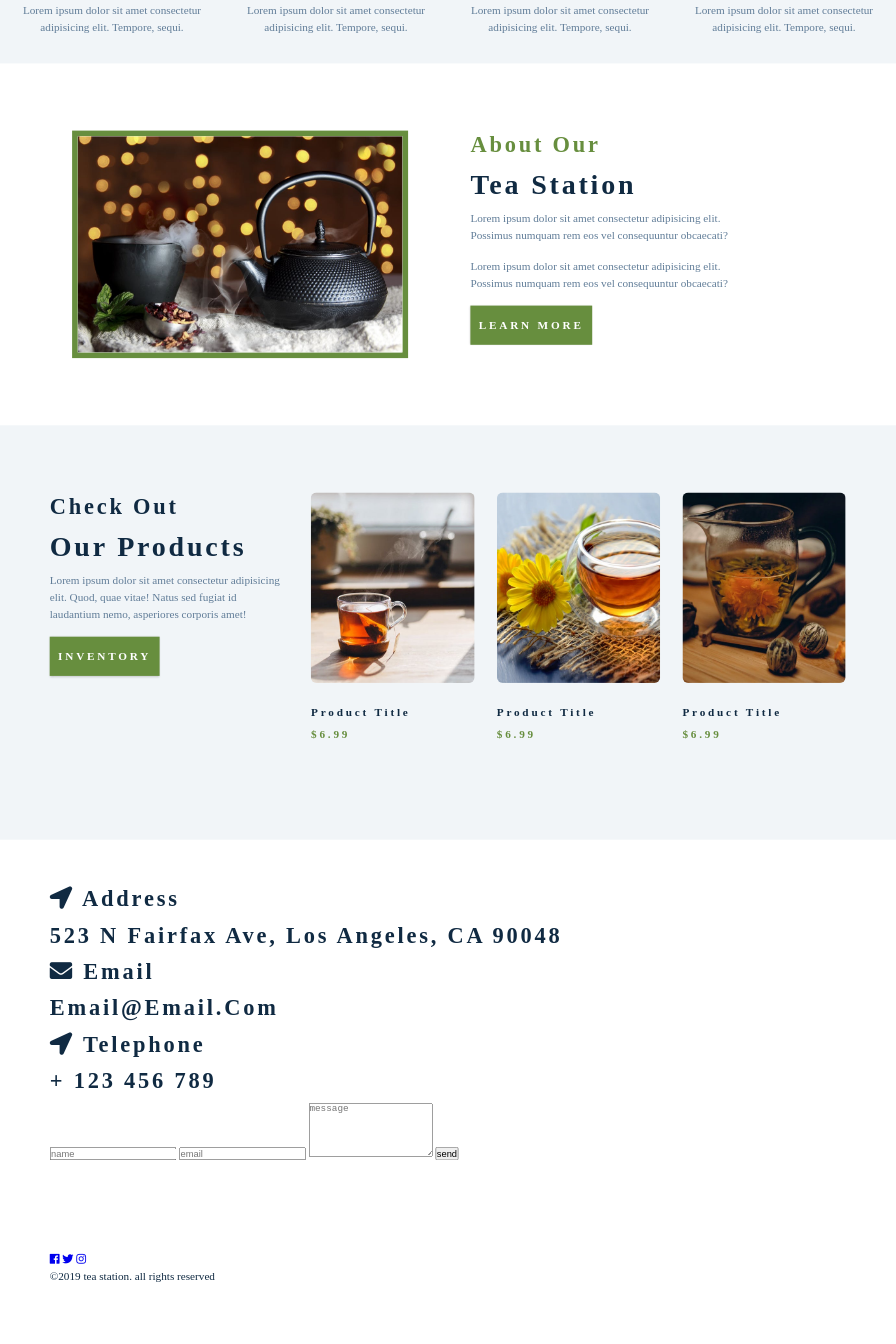
Repository: Ndifoinhilary/building_tea_site
Page: index.html
The author's editor kept a copy of each file at every save. The page is drawn from the files as they stood at one save, then again after the next save.
The browser window is 1280 px wide. The pictures show the part of the page from y = 1021 to 2941 px (the page is 2941 px tall before and 2909 px after), at 70% of full size.
Backgrounds fixed to the window are drawn as part of the page. Some web fonts or font styles are not loaded; a fallback is used.

Above is the page before, as saved 2024-01-06 13:21:22.

### index.html
<!DOCTYPE html>
<html lang="en">

<head>
  <meta charset="UTF-8" />
  <meta name="viewport" content="width=device-width, initial-scale=1.0" />
  <meta http-equiv="X-UA-Compatible" content="ie=edge" />
  <title>Tea Station || Home</title>
  <!-- font-awesome -->
  <link rel="stylesheet" href="./fontawesome-free-5.7.2-web/css/all.css" />
  <!-- custom css -->
  <link rel="stylesheet" href="./css/styles.css" />
</head>

<body>
  <!-- nav button -->
  <span class="nav-btn" id="nav-btn">
    <i class="fas fa-bars"></i>
  </span>
  <!-- nav -->
  <nav class="navbar" id="navbar">
    <div class="navbar-header">
      <span class="nav-close" id="nav-close">
        <i class="fas fa-times"></i>
      </span>
    </div>
    <ul class="nav-items">
      <li><a href="index.html" class="nav-link">home</a></li>
      <li><a href="skills.html" class="nav-link">skills</a></li>
      <li><a href="about.html" class="nav-link">about</a></li>
      <li><a href="products.html" class="nav-link">products</a></li>
    </ul>
  </nav>
  <!-- header -->
  <header class="header">
    <div class="banner">
      <h2 class="banner-subtitle">Over one hunred flavors of tea</h2>
      <h1 class="banner-title">specially crafted tea</h1>
      <a href="skills.html" class=" btn banner-btn">explore</a>
    </div>
  </header>

  <div class="content-divider"></div>





  <!-- skills section -->
  <section class="skills clearfix">
    <!-- single skill -->
    <article class="skill">
      <span class="skill-icon">
        <i class="fas fa-mug-hot"></i>
      </span>
      <h4 class="skill-title">made in US</h4>
      <!-- ten words -->
      <p class="skill-text">
        Lorem ipsum dolor sit amet consectetur adipisicing elit. Tempore,
        sequi.
      </p>
    </article>
    <!-- end of single skill -->
    <!-- single skill -->
    <article class="skill">
      <span class="skill-icon">
        <i class="fas fa-glass-cheers"></i>
      </span>
      <h4 class="skill-title">relaxation</h4>
      <!-- ten words -->
      <p class="skill-text">
        Lorem ipsum dolor sit amet consectetur adipisicing elit. Tempore,
        sequi.
      </p>
    </article>
    <!-- end of single skill -->
    <!-- single skill -->
    <article class="skill">
      <span class="skill-icon">
        <i class="fas fa-bomb"></i>
      </span>
      <h4 class="skill-title">energy</h4>
      <!-- ten words -->
      <p class="skill-text">
        Lorem ipsum dolor sit amet consectetur adipisicing elit. Tempore,
        sequi.
      </p>
    </article>
    <!-- end of single skill -->
    <!-- single skill -->
    <article class="skill">
      <span class="skill-icon">
        <i class="fas fa-mortar-pestle"></i>
      </span>
      <h4 class="skill-title">family recipe</h4>
      <!-- ten words -->
      <p class="skill-text">
        Lorem ipsum dolor sit amet consectetur adipisicing elit. Tempore,
        sequi.
      </p>
    </article>
    <!-- end of single skill -->
  </section>
  <!--end of skills section -->




  <!-- about -->
  <section class="about">

    <div class="section-center clearfix">

      <article class="about-img">
        <div class="about-picture-container">
          <img src="./images/about-bcg.jpeg" alt="tea kettle" class="about-picture" />
        </div>
      </article>

      <article class="about-info">
        <!-- section title -->
        <div class="section-title">
          <h3 class="section-subtitle">about our</h3>
          <h2 class="section-title">tea station</h2>
        </div>
        <!-- section title -->
        <p class="about-text">
          Lorem ipsum dolor sit amet consectetur adipisicing elit. Possimus
          numquam rem eos vel consequuntur obcaecati?
        </p>
        <p class="about-text">
          Lorem ipsum dolor sit amet consectetur adipisicing elit. Possimus
          numquam rem eos vel consequuntur obcaecati?
        </p>
        <a href="about.html" class="btn">learn more</a>
      </article>
    </div>
  </section>
  <!-- end of about -->





  <!-- products -->
  <section class="products">
    <div class="section-center clearfix">
      <!-- products info  -->
      <article class="products-info">
        <!-- title -->
        <div>
          <h3 class="section-subtitle">check out</h3>
          <h2 class="section-title text-white">our products</h2>
        </div>
        <!-- end of title -->
        <p class="product-text">
          Lorem ipsum dolor sit amet consectetur adipisicing elit. Quod, quae
          vitae! Natus sed fugiat id laudantium nemo, asperiores corporis
          amet!
        </p>
        <a href="products.html" class="btn">inventory</a>
      </article>
      <!-- end of products info -->

      <!-- products inventory -->
      <article class="products-inventory clearfix">
        <!-- single product -->
        <div class="product">
          <img src="./images/product-1.jpeg" alt="single product" class="product-img" />
          <h4 class="product-title">product title</h4>
          <h4 class="product-price">$6.99</h4>
        </div>
        <!--end of single product -->
        <!-- single product -->
        <div class="product">
          <img src="./images/product-2.jpeg" alt="single product" class="product-img" />
          <h4 class="product-title">product title</h4>
          <h4 class="product-price">$6.99</h4>
        </div>
        <!--end of single product -->
        <!-- single product -->
        <div class="product">
          <img src="./images/product-3.jpeg" alt="single product" class="product-img" />
          <h4 class="product-title">product title</h4>
          <h4 class="product-price">$6.99</h4>
        </div>
        <!--end of single product -->
      </article>
      <!--end of  products inventory -->
    </div>
  </section>


  <!-- end of  products -->




  <!-- contact -->
  <section class="contact">
    <div class="section-center clearfix">
      <!-- contact info -->
      <article class="contact-info">
        <!-- contact item -->
        <div class="contact-item">
          <!-- contact text -->
          <h3 class="contact-title">
            <span class="contact-icon">
              <i class="fas fa-location-arrow"></i> </span>address
          </h3>
          <h3 class="contact-text">
            523 N Fairfax Ave, Los Angeles, CA 90048
          </h3>
        </div>
        <!-- end of contact item -->
        <!-- contact item -->
        <div class="contact-item">
          <!-- contact text -->
          <h3 class="contact-title">
            <span class="contact-icon"> <i class="fas fa-envelope"></i> </span>email
          </h3>
          <h3 class="contact-text">email@email.com</h3>
        </div>
        <!-- end of contact item -->

        <!-- contact item -->
        <div class="contact-item">
          <!-- contact text -->
          <h3 class="contact-title">
            <span class="contact-icon">
              <i class="fas fa-location-arrow"></i> </span>telephone
          </h3>
          <h3 class="contact-text">+ 123 456 789</h3>
        </div>
        <!-- end of contact item -->
      </article>
      <article class="contact-form">
        <form action="https://formspree.io/learncodetutorial@gmail.com" method="POST" class="form-group">
          <input type="text" name="name" placeholder="name" class="form-control" />
          <input type="email" name="email" placeholder="email" class="form-control" />
          <textarea name="message" placeholder="message" class="form-control" rows="5"></textarea>
          <button class="main-btn">send</button>
        </form>
      </article>
      <!-- end of contact info -->
    </div>
  </section>




  <!-- end o fcontact -->
  <footer class="footer">
    <div class="section-center">
      <div class="social-icons">
        <!-- social icon -->
        <a href="#" class="social-icon">
          <i class="fab fa-facebook"></i>
        </a>
        <!-- end of social icon -->
        <!-- social icon -->
        <a href="#" class="social-icon">
          <i class="fab fa-twitter"></i>
        </a>
        <!-- end of social icon -->
        <!-- social icon -->
        <a href="#" class="social-icon">
          <i class="fab fa-instagram"></i>
        </a>
        <!-- end of social icon -->
      </div>
      <p class="footer-text">
        &copy;2019 <span class="text-primary">tea station</span>. all rights
        reserved
      </p>
    </div>
  </footer>



  <script src="app.js"></script>
</body>

</html>

### css/styles.css
@import url("https://fonts.googleapis.com/css?family=Catamaran:400,700|Grand+Hotel");

* {
  margin: 0;
  padding: 0;
  box-sizing: border-box;
}

/*================
Global variables
===================
*/

:root{
  --clr-primary:#678e3e;
  --clr-primary-light:#beed8c;
  --clr-grey-1:#102a42;
  --clr-grey-5:#617d98;
  --clr-grey-10:#f1f5f8;
  --clr-white:#fff;
  --ff-primary:"Catamaran",sans-serif;
  --ff-secondary:"Grand Hotel", cursive;
  --transition: all 0.3s linear ;
  --spacing:0.25rem;
  --radius:0.5rem;
}


body{
  font-family: var(--clr-primary);
  background: var(--clr-white);
  color: var(--clr-grey-1);
  line-height: 1.5;
  font-size: 0.875rem;
}

a{
  text-decoration: none;
}

img{
  width: 100%;
  display: block;
}
h1,h2,h3,h4{
  letter-spacing: var(--spacing);
  text-transform: capitalize;
  line-height: 1.25;
  margin-bottom: 0.75rem;
}

h1{
  font-size: 3rem;
}
h2{
  font-size: 2rem;
}
h3{
  font-size: 1.5rem;
}
h4{
  font-size: 0.875rem;
}

p{
  margin-bottom: 1.25rem;
}
@media screen and (min-width:800px) {
  h1{
    font-size: 4rem;
  }
  h2{
    font-size: 2.5rem;
  }
  h3{
    font-size: 2rem;
  }
  h4{
    font-size: 1rem;
  }
  body{
    font-size: 1rem;
  }
  h1,h2,h3,h4{
    line-height: 1.25;

  }
}
/*
more css
 */

 .btn{
  text-transform: uppercase;
  background: var(--clr-primary);
  color: var(--clr-white);
  padding: 1rem 0.75rem;
  letter-spacing: var(--spacing);
  display: inline-block;
  font-weight:700 ;
  transition: var(--transition);
  font-size: 1rem;
  border: none;
  cursor: pointer;
  box-shadow: 0 1px 3px rgba(0, 0, 0,0.2);
 }
.btn:hover {
  color: var(--ff-primary);
  background: var(--clr-primary-light);
}
.clearfix::after , .clearfix::before{
  content: "";
  clear: both;
  display: table;
}
.section-title h3{
font-family: var(--ff-secondary);
color: var(--clr-primary);
}
section-title{
  margin-bottom: 2rem;
}
.section-center{
  padding: 4rem 0;
  width: 85vw;
  margin: 0 auto;
  max-width: 1170px;
}
@media screen and (min-width:992px) {
  .section-center{
    width: 95vw;
    padding: 4rem 1rem;
  }
}
 /*
 header
  */

  .header{
    min-height: 100vh;
    background: linear-gradient(rgba(0, 0, 0,0.6),rgba(0, 0, 0,0.6)) ,url("/images/main-bcg.jpeg") center/cover no-repeat fixed;
    position: relative;
    /* animation */
    overflow-x: hidden;

  }

  .banner{
    text-align: center;
    position: absolute;
    top: 50%;
    left: 50%;
    transform: translate(-50%,-50%);
  }

  .banner h2{
    font-family: var(--ff-secondary);
    color: var(--clr-primary);
    /* animation */
  }

  .banner h1{
    text-transform: uppercase;
    color: var(--clr-white);
    margin-top: 1.25rem;
    margin-bottom: 2rem;
  }

.banner-btn{
  outline: 0.125rem solid var(--clr-primary);
  outline-offset: 0.25rem;
  font-size: 1.25rem;
  padding:1rem 1.75rem ;
}

.content-divider{
height: 0.5rem;
background: linear-gradient(to left, var(--clr-primary), #e9b949, var(--clr-primary));
}

/*
skills section
 */

 .skills{
  background: var(--clr-grey-10);

 }

 .skill{
  text-align: center;
  padding: 2.5rem 0;
  transition: var(--transition);

 }

 .skill-icon{
  font-size: 2.5rem;
  margin-bottom: 1.25rem;
  transition: var(--transition);
  display: inline-block;
  color: var(--clr-primary);

 }
 .skill-text{
  color: var(--clr-grey-5);
  max-width: 17rem;
  margin: 0 auto;
 }
 .skill:hover {
  background: var(--clr-white);
  box-shadow: 0  2px var(--clr-primary);
 }

 .skill:hover .skill-icon{
  transform: translateY(-5px);
 }
 @media screen and (min-width:576px) {
  .skill{
    float: left;
    width: 50%;
  }
 }

 @media screen and (min-width:1200px) {
  .skill{

    width: 25%;
  }
 }

 /*
 About css
  */
.about-img, .about-info{
  padding: 2rem;
}

.about-picture-container{
  color: var(--clr-primary);
  border: 0.5rem solid var(--clr-primary);
  max-width: 30rem;
  overflow: hidden;

}

.about-picture{
  transition: var(--transition);
}

.about-picture-container:hover .about-picture{
opacity: 0.5;
transform: scale(1.2)
}


.about-text{
  max-width: 26rem;
  color: var(--clr-grey-5);
}


@media screen and (min-width:992px) {
  .about-info, .about-img{
    float: left;
    width: 50%;
  }
  .about-info{
    padding-left:2rem ;
  }
}
/*
product section
 */


 .product{
  margin-bottom: 2rem;
 }

.products{
  background: var(--clr-grey-10);

}

.products article{
  padding: 2rem 0;
}
.product-text{
  color: var(--clr-grey-5);
  max-width: 26rem;
}

.product-img{
  border-radius: var(--radius);
  margin-bottom: 2rem;
  height: 17rem;
  object-fit: cover;
}

.product-price{
  color: var(--clr-primary);
}

@media screen and (min-width:768px) {
.product{
  float: left;
  width: 50%;
  padding-left: 2rem;
}

}
@media screen and (min-width:992px) {
.product{
  width: 33.3%;
}

}
@media screen and (min-width:1200px) {
.products-info{
  float: left;
  width: 30%;
}

}
@media screen and (min-width:1200px) {
.products-inventory{
  float: left;
  width: 70%;
}

}

### app.js
const navBtn = document.getElementById("nav-btn");
const navbar = document.getElementById("navbar");
const navClose = document.getElementById("nav-close");

navBtn.addEventListener("click", () => {
  navbar.classList.add("showNav");
});

navClose.addEventListener("click", () => {
  navbar.classList.remove("showNav");
});

Loaded but not shown: fontawesome-free-5.7.2-web/css/all.css (library)

After the next save:
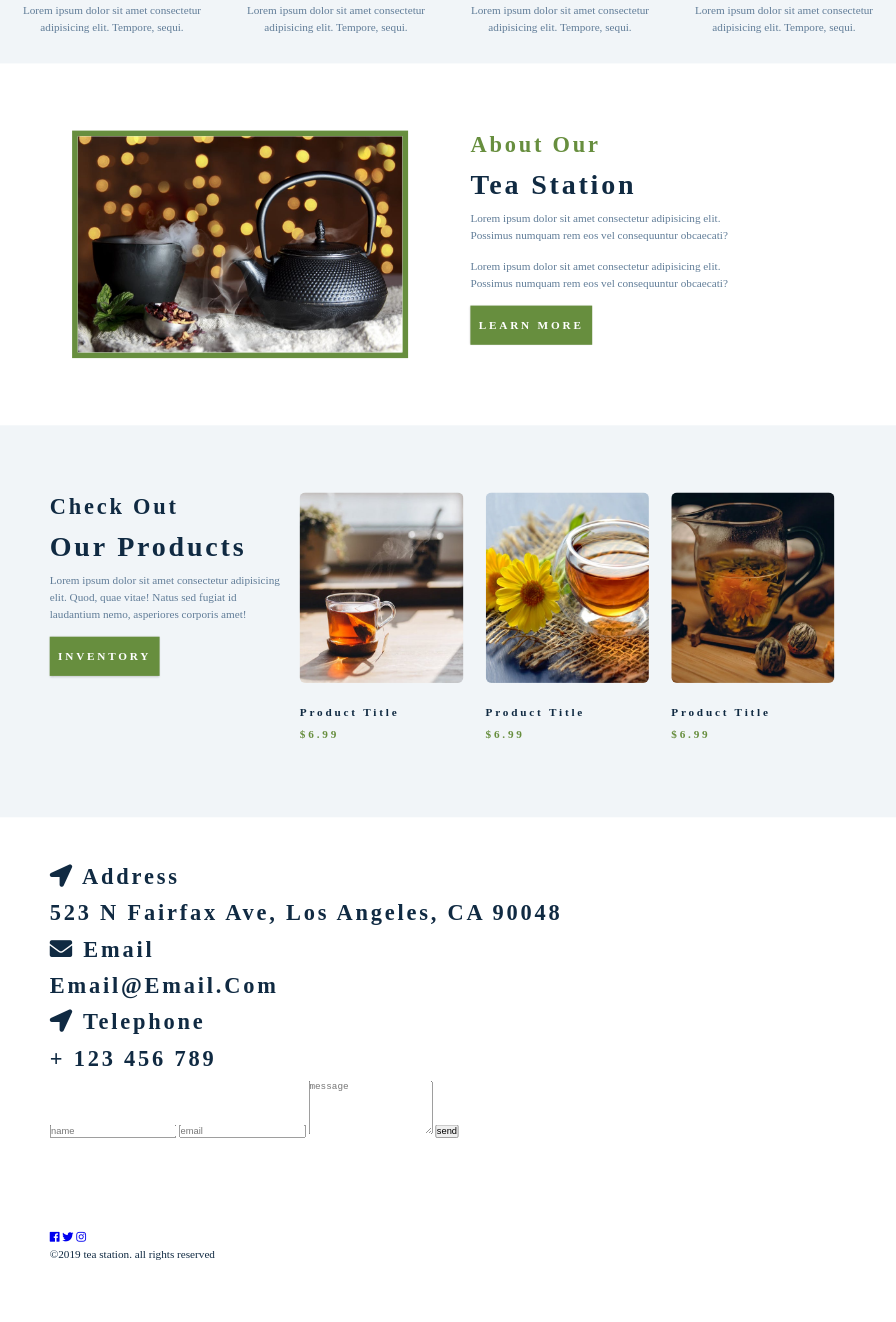
Saved 3 min 29 s later.
--- a/css/styles.css
+++ b/css/styles.css
@@ -328,5 +328,8 @@ product section
   float: left;
   width: 70%;
 }
-
-}
+  .product{
+    margin-bottom: 0;
+    padding: 0 1rem;
+  }
+}
